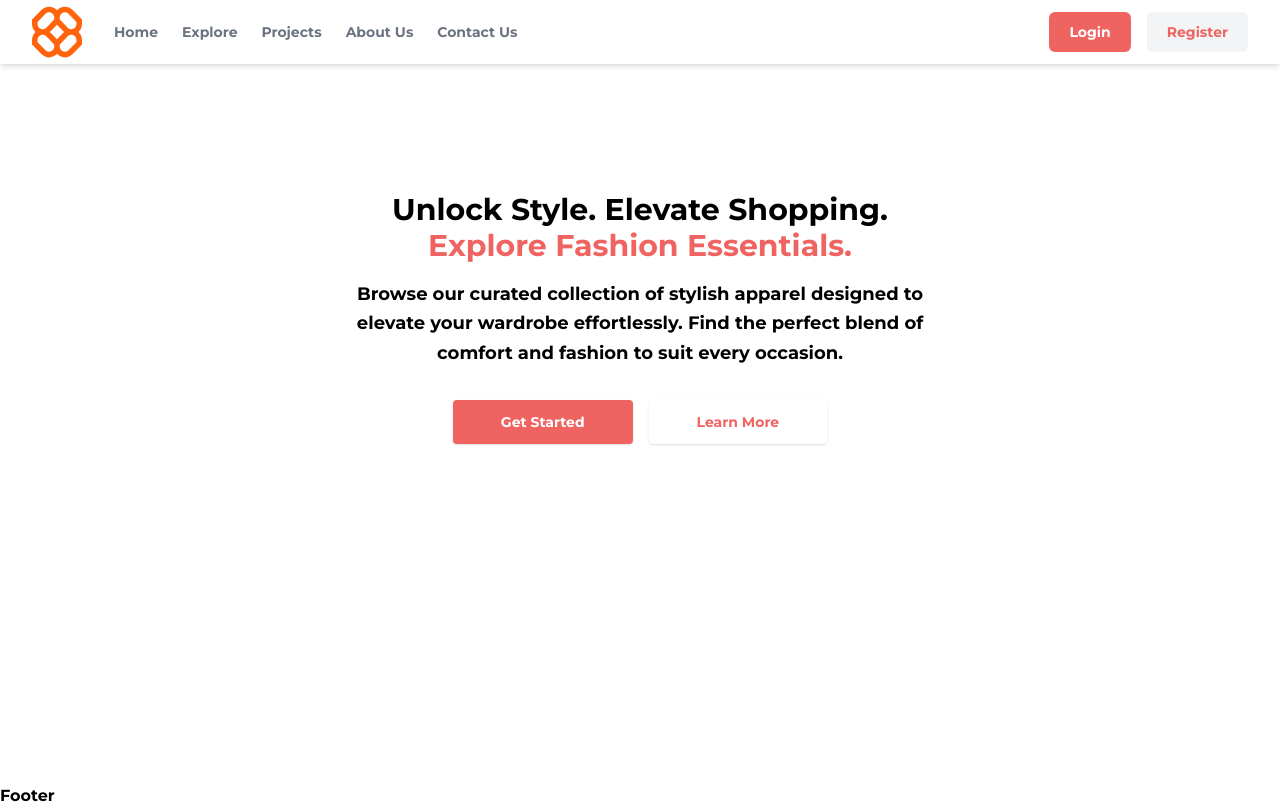
Repository: YahiaSala7/E-commerce-Project
Page: / (app in ecommerce/)
An editor plug-in stored every save of this project. The page is shown before and after the next save, followed by the edit.
The browser window is 1280 px wide. The pictures show the whole page.
The project was rebuilt for these pictures with package versions that can differ from the ones it lists, and the page was loaded fresh each time. The framework's server and built-in components were replaced by stand-ins that run in the browser. Also part of the build but not shown: ecommerce/next.config.mjs.

Above is the page before, as saved 2024-07-25 03:47:33.

After the next save:
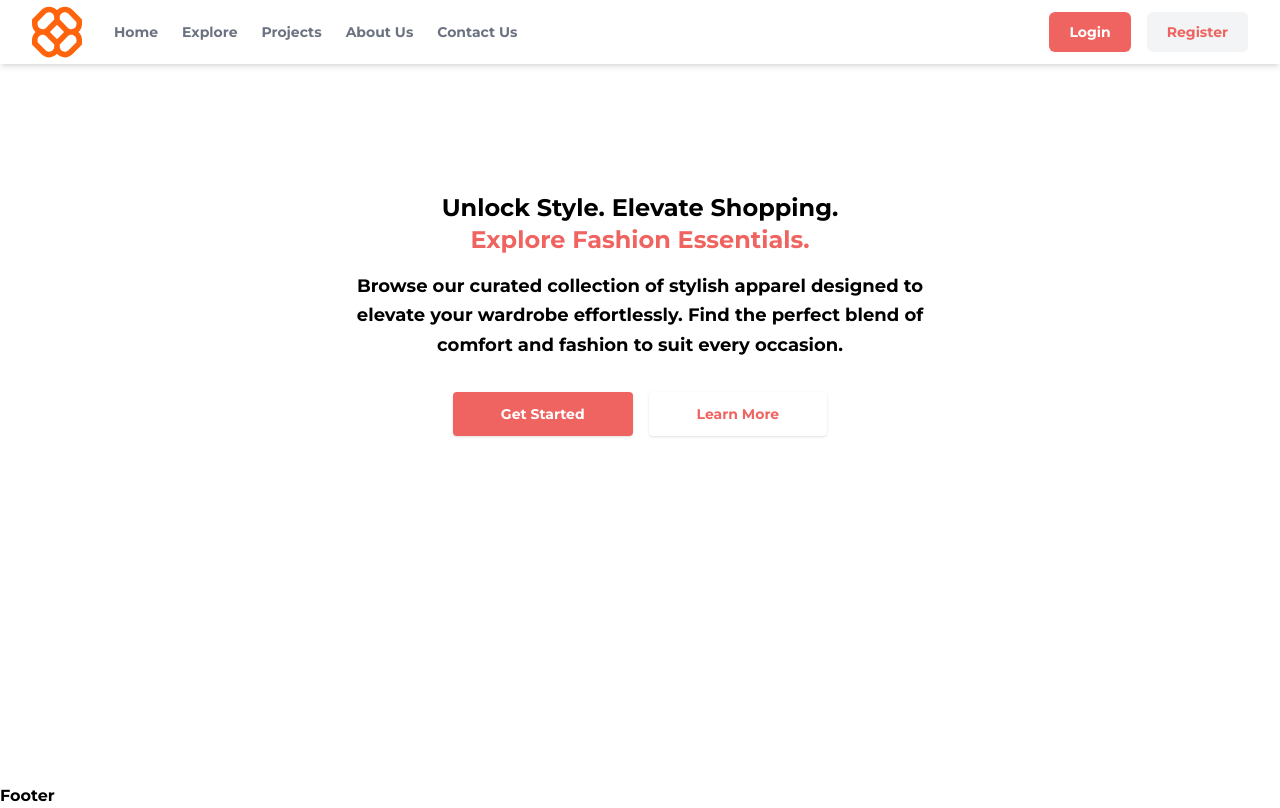
Saved 24 s later.
--- a/ecommerce/app/_Components/Hero.jsx
+++ b/ecommerce/app/_Components/Hero.jsx
@@ -5,7 +5,7 @@ function Hero() {
     <section className="">
       <div className="mx-auto max-w-screen-xl px-4 py-32 lg:flex lg:h-screen">
         <div className="mx-auto max-w-xl text-center">
-          <h1 className="text-3xl font-extrabold  ">
+          <h1 className="text-3xl font-extrabold sm:text-2xl ">
             Unlock Style. Elevate Shopping.
             <strong className="font-extrabold text-primary sm:block">
               {" "}
